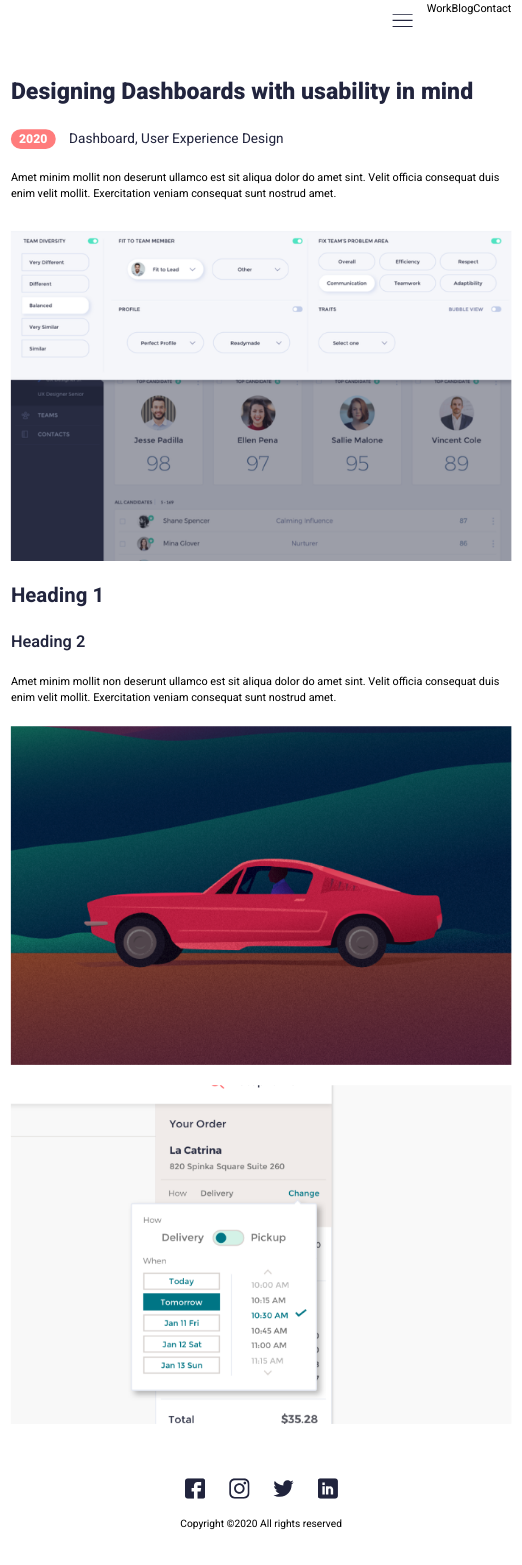
Repository: sharma171/portfolio
Page: /detailed
An editor plug-in stored every save of this project. The page is shown before and after the next save, followed by the edit.
The browser window is 768 px wide. The pictures show the whole page, at 68% of full size.
The project was rebuilt for these pictures with package versions that can differ from the ones it lists, and the page was loaded fresh each time. The framework's server and built-in components were replaced by stand-ins that run in the browser. Also part of the build but not shown: next.config.mjs.

Above is the page before, as saved 2024-06-02 22:35:37.

### src/app/layout.js

import "./globals.css";


export const metadata = {
  title: "Portfolio Website",
  description: "Blogging and projects site",
};

export default function RootLayout({ children }) {
  return (
    <html lang="en">
      <body>{children}</body>
    </html>
  );
}

### src/app/detailed/layout.jsx


export const metadata = {
    title: "Portfolio Website",
    description: "Blogging and projects site",
};

export default function RootLayout({ children}) {
    return (
        <html lang="en">
            <body>
                {children}
            </body>
        </html>
    );
}

### src/app/detailed/page.jsx
import React from "react";
import "../../app/globals.css";
import Image from "next/image";
import "../page.css"
import Header from "../../components/Header"
import Footer from "../../components/Footer"
import Featured1 from "../../../public/work/detailedOne.png";
import Featured2 from "../../../public/work/detailedTwo.png";
import Featured3 from "../../../public/work/detailedThree.png";

export default function DetailPage() {
    return (
        <>
        <Header />
        <section className="detailed">
            <div className="container">
                <div className="detailed-inner">
                    <h1 className="main-heading">
                    Designing Dashboards with usability in mind
                    </h1>
                    <div className="det-row">
                        <span className="date">2020</span>
                        <span className="topic">Dashboard, User Experience Design</span>
                    </div>
                    <h2 className="subheading">
                        Amet minim mollit non deserunt ullamco est sit aliqua dolor do amet sint. Velit officia consequat duis enim velit mollit. Exercitation veniam consequat sunt nostrud amet.
                    </h2>
                    <Image src={Featured1} alt="featured" className="full-w-thumb" />
                    <h1>Heading 1</h1>
                    <h2>Heading 2</h2>
                    <p className="subheading">
                        Amet minim mollit non deserunt ullamco est sit aliqua dolor do amet sint. Velit officia consequat duis enim velit mollit. Exercitation veniam consequat sunt nostrud amet.
                    </p>
                    <Image src={Featured2} alt="featured" className="full-w-thumb" />
                    <Image src={Featured3} alt="featured" className="full-w-thumb" />
                </div>
            </div>
        </section>
        <Footer />
        </>
    );
}

### src/app/globals.css
@import url('https://fonts.googleapis.com/css2?family=Heebo:wght@100..900&display=swap');

:root {
  --max-width: 1180px;
  --border-radius: 12px;
  --font-mono: ui-monospace, Menlo, Monaco, "Cascadia Mono", "Segoe UI Mono",
    "Roboto Mono", "Oxygen Mono", "Ubuntu Monospace", "Source Code Pro",
    "Fira Mono", "Droid Sans Mono", "Courier New", monospace;
  --main-font: "Heebo", sans-serif;
  --weight--300: 300;
  --weight--400: 400;
  --weight--500: 500;
  --weight--600: 600;
  --weight--700: 700;
  --weight--800: 800;
  --weight--900: 900;
  --hero-button: #FF6464;
  --text-color: #21243D;
}

* {
  box-sizing: border-box;
  padding: 0;
  margin: 0;
}

html,
body {
  max-width: 100vw;
  overflow-x: hidden;
  font-family: var(--main-font);
}

a {
  color: inherit;
  text-decoration: none;
}
.container {
  max-width: var(--max-width);
  margin: 0 auto;
  padding: 0 1rem;
}
header {
  background: #fff;
}
header .header-logo {
  width: 1rem;
  height: auto;
}
.nav {
  display: flex;
  flex-direction: row;
  justify-content:space-between;
  max-width: 1280px;
  margin: 0 auto;
  padding: 0 1rem;
}
.navMenu {
  display: flex;
  flex-direction: row;
  align-items: center;
}
.navMenu .navLink {
  font-size: 1.25rem;
  font-weight: var(--weight--600);
  color: var(--primary-color);
  margin: 30px;
}
/* ------------------------ Footer ---------------------------------------- */
footer {
  background: #fff;
  padding: 50px 0;
}

footer .footer-inner {
  display: flex;
  flex-direction: column;
  justify-content: center;
  align-items: center;
  gap: 18px;
}
footer .social-row {
  display: flex;
  flex-direction: row;
  justify-content: space-between;
  align-items: center;
  gap: 35px;
}
footer .social-row .social .social-img {
  width: 30px;
  image: 30px;
}
footer .footer-inner .copyright {
  font-size: 15px;
}
.mob-menu {
  display: none;
}
@media (max-width: 991px) {
  .navMenu {
    display: none;
  }
  .mob-menu {
    display: flex;
  }
  .mob-menu .hambmenu {
    margin: 20px;
  }
}

### src/app/page.css
.main {
  display: flex;
  flex-direction: column;
  min-height: 100vh;
}
/* ----------------- hero section ----------------- */
.hero .hero-row {
  display: flex;
  flex-direction: row;
}
.hero .hero-lhs {
  width: 70%;
}
.hero .hero-lhs .hero-cta {
  display: flex;
  flex-direction: column;
  gap: 40px;
  margin-top: 140px;
  margin-bottom: 70px;
}
.hero .hero-lhs .hero-cta .main-head {
  font-size: 44px;
  line-height: 3.75rem;
  font-weight: 700;
}
.hero .hero-lhs .hero-cta .sub-head {
  font-size: 16px;
  line-height: 1.5rem;
  font-weight: 400;
  max-width: 500px;
}
.hero .hero-lhs .hero-cta .cta-button {
  padding: 14px 20px;
  font-size: 1.15rem;
  line-height: 19px;
  font-weight: 500;
  font-family: "Heebo", sans-serif;
  margin-right: auto;
  background: var(--hero-button);
  color: #fff;
  border: none;
}
.hero .hero-rhs {
  width: 30%;
  display: flex;
  justify-content: flex-start;
  align-items: center;
}
.hero .hero-rhs .hero-img {
  position: relative;
}
.hero .hero-rhs .hero-img .image {
  width: 283px;
  height: 283px;
  z-index: 1;

}
.hero .hero-rhs .hero-img::after {
  content: "";
  position: absolute;
  top: 13px;
  left: -5px;
  width: 283px;
  height: 283px;
  background: #EDF7FA;
  z-index: -1;
  border-radius: 300px;
}

/* -------------------------  Home Blog Section --------------------------------------- */

.home-blog {
  background: #EDF7FA;
}
.home-blog .blog-head {
  display: flex;
  flex-direction: row;
  justify-content: space-between;
  align-items: center;
  margin-top: 7px;
}
.home-blog .blog-head .heading {
  font-size: 22px;
  line-height: 60px;
  font-weight: 400;
  color: var(--text-color);
}
.home-blog .blog-head .more-link {
  font-size: 16px;
  font-weight: 400;
  color: #00A8CC;
}

/* ----------------------- Blog Carousel ----------------------------------------- */
.blog-carousel .blog-image {
  display: none;
}
.blog-carousel {
  display: flex;
  flex-direction:row;
  overflow: hidden;
  max-width: 100%;
  padding-bottom: 32px;
}
.blog-carousel .blog-item {
  background-color: #fff;
  box-shadow: #bbe1fa3d 0 4px 10px 0;
  padding: 25px;
  display: flex;
  flex-direction: column;
  gap: 25px;
}
.blog-carousel .blog-item:nth-child(odd){
  margin-right: 10px;
}
.blog-carousel .blog-item:nth-child(even) {
  margin-left: 10px;
}
.blog-carousel .blog-item .blog-item-head {
  /* margin-bottom: 17px; */
}
.blog-carousel .blog-item .blog-item-head .head {
  font-size: 32px;
  line-height: 1.3em;
  font-weight: 700;
  color: var(--text-color);
}
.blog-carousel .blog-info {
  display: flex;
  flex-direction: row;
  gap: 25px;
  /* margin-bottom: 11px; */
}
.blog-carousel .blog-info .divline {
  width: 1px;
  height: 15.799999999999958px;
  margin-top: 4px;
  background: var(--text-color);
}
.blog-carousel .blog-info .date {
  font-size: 18px;
  line-height: 26px;
  color: var(--text-color);
  font-weight: 400;
}
.blog-carousel .blog-info .author {
  font-size: 18px;
  line-height: 26px;
  color: var(--text-color);
  font-weight: 400;
}
.blog-carousel .blog-info .blog-para .para{
  font-size: 16px;
  line-height: 24px;
  color: var(--text-color);
  font-weight: 400;
}

/* ---------------------------- Featured Works -------------------------------------------------------------------- */

.featured-home {
  background: #fff;
}
.featured-home .top-heading {
  display: flex;
  flex-direction: row;
  justify-content: space-between;
  align-items: center;
  margin-top: 17px;
  margin-bottom: 22px;
}
.featured-home .top-heading .head {
  font-size: 22px;
  color: var(--text-color);
  line-height: 60px;
  font-weight: 500;
}
.workcards {
  display: flex;
  flex-direction: column;
  gap: 40px;
  padding-bottom: 80px;
}
.workcards .card-item {
  display: flex;
  flex-direction: row;
  position: relative;
}
.workcards .card-item::after{
  content: "";
  position: absolute;
  top: calc(100% + 20px);
  left: 0;
  width: 100%;
  height: 1px;
  background: #E0E0E0;
}
.workcards .card-item .card-thumb {
  width: 250px;
  height: 180px;
  margin-right: 18px;
}
.workcards .card-item .card-thumb .thumb-img {
  width: 250px;
  height: 180px;
  object-fit: cover;
  border-radius:6px;
}
.workcards .card-item .card-info {
  display: flex;
  flex-direction: column;
  margin-left: 18px;
  gap: 24px;
}
.workcards .card-item .card-info .heading {
  font-size: 32px;
  font-weight: 800;
  line-height: 30px;
  color: var(--text-color);
}
.workcards .card-item .card-info .info-row {
  display: flex;
  flex-direction: row;
  gap: 25px;
}
.workcards .card-item .card-info .info-row .date {
  font-size: 18px;
  line-height: 17px;
  font-weight: 900;
  padding: 6px 10px 5px 10px;
  border-radius: 16px;
  color: #fff;
  background: #142850;
}
.workcards .card-item .card-info .info-row .topic {
  font-size: 20px;
  color: #8695A4;
}
.workcards .card-item .card-info .info-para {
  font-size: 18px;
  line-height: 24px;
  color: #21243D;
  font-weight: 400;
  width: 90%;
}
/* ------------------------------ Category Pages -------------- */
.work-category .container {
  max-width: 900px;
}
.blog-category .container {
  max-width: 900px;
}
.cat-head {
  padding-top: 80px;
  padding-bottom: 25px;
}
.cat-head h3 {
  font-size: 44px;
  line-height: 60px;
  font-weight: 700;
}
.blog-cards {
  display: flex;
  flex-direction: column;
  gap: 60px;
  padding-bottom: 80px;
}
.blog-cards .card-item {
  display: flex;
  flex-direction: column;
  gap: 10px;
  position: relative;
}
.blog-cards .card-item::after {
  content: "";
  position: absolute;
  top: calc(100% + 30px);
  left: 0;
  width: 100%;
  height: 1px;
  background: #E0E0E0;
}
.blog-cards .card-item .info-row .width-div {
  width: 1px;
  height: 15.799999999999958px;
  margin-top: 4px;
  background: var(--text-color);
}
.blog-cards .card-item .heading {
  font-size: 30px;
  font-weight: 600;
  line-height: 44px;
  color: var(--text-color);
}
.blog-cards .card-item .info-row {
  display: flex;
  flex-direction: row;
  gap: 20px;
}
.blog-cards .card-item .info-row .date {
  font-size: 20px;
  line-height: 29px;
  color: var(--text-color);
  font-weight: 400;
}
.blog-cards .card-item .info-row .topic {
  font-size: 20px;
  line-height: 29px;
  color: #8695A4;
  font-weight: 400;
}
.blog-cards .card-item .info-para {
  font-size: 16px;
  line-height: 24px;
  color: var(--text-color);
}
/* --------------------------- Detailed Page ------------------------------------------------------------- */
.detailed .container {
  max-width: 1000px;
}
.detailed .detailed-inner {
  display: flex;
  flex-direction: column;
  gap: 30px;
  padding-top: 50px;
  padding-bottom: 30px;
}
.detailed .detailed-inner h1.main-heading {
  font-size: 34px;
  line-height: 50px;
  font-weight: 800;
  color: var(--text-color);
}
.detailed .detailed-inner .det-row {
  display: flex;
  flex-direction: row;
  gap: 20px;
}
.detailed .detailed-inner .det-row .date {
  font-size: 18px;
  font-weight: 800;
  padding: 7px 12px 4px 12px;
  color: #fff;
  line-height: 17px;
  background: #FF7C7C;
  border-radius: 50px;
}
.detailed .detailed-inner .det-row .topic {
  font-size: 20px;
  line-height: 29px;
  font-weight: 400;
  color: var(--text-color);
}
.detailed .detailed-inner h2.subheading {
  font-size: 16px;
  line-height: 24px;
  color: #000;
  font-weight: 400;
}
.detailed .detailed-inner .full-w-thumb {
  width: 100%;
  height:auto;
  aspect-ratio: 680/460;
  object-fit: cover;
}
.detailed .detailed-inner h1 {
  font-size:30px;
  line-height: 45px;
  color: var(--text-color);
  font-weight: 700;
}
.detailed .detailed-inner h2 {
  font-size: 24;
  line-height: 30px;
  color: var(--text-color);
  font-weight: 600;
}

### src/components/Header.jsx
import React from "react";
import "../app/globals.css";
import Hambmenu from "../../public/hamb-menu.svg"
import Image from "next/image";

const navLink = [
    {
        name: "Work",
        link: "/"
    },
    {
        name: "Blog",
        link: "/blog"
    },
    {
        name: "Contact",
        link: "/contact"
    },
]

const Header = () => {
    return(
        <header>
            <nav className="nav">
                <a href="/">

                </a>
                <div className="navMenu">
                    {navLink.map((item, index) => (
                        <a href={item.link} className="navLink" key={index}>{item.name}</a>
                    ))}
                </div>
                <div className="mob-menu">
                    <Image src={Hambmenu} alt="hambmenu" className="hambmenu" />
                    <div className="mob-list">
                        {navLink.map((item, index) => (
                            <a href={item.link} className="moblink" key={index}>{item.name}</a>
                        ))}
                    </div>
                </div>
            </nav>
        </header>
    )
}

export default Header;

### src/components/Footer.jsx
import React from "react";

import Image from "next/image"

import FacebookIcon from "../../public/social/facebook.svg"
import InstagramIcon from "../../public/social/instagram.svg"
import TwitterIcon from "../../public/social/twitter.svg"
import LinkedinIcon from "../../public/social/Linkedin.svg"

const Footer = () => {
    return(
        <>
        <footer>
            <div className="container">
                <div className="footer-inner">
                    <div className="social-row">
                        <a href="" className="social">
                            <Image src={FacebookIcon} alt="icon" className="social-img" />
                        </a>
                        <a href="" className="social">
                            <Image src={InstagramIcon} alt="icon" className="social-img" />
                        </a>
                        <a href="" className="social">
                            <Image src={TwitterIcon} alt="icon" className="social-img" />
                        </a>
                        <a href="" className="social">
                            <Image src={LinkedinIcon} alt="icon" className="social-img" />
                        </a>
                    </div>
                    <span className="copyright">
                        Copyright ©2020 All rights reserved
                    </span>
                </div>
            </div>
        </footer>
        </>
    )
};
export default Footer;

After the next save:
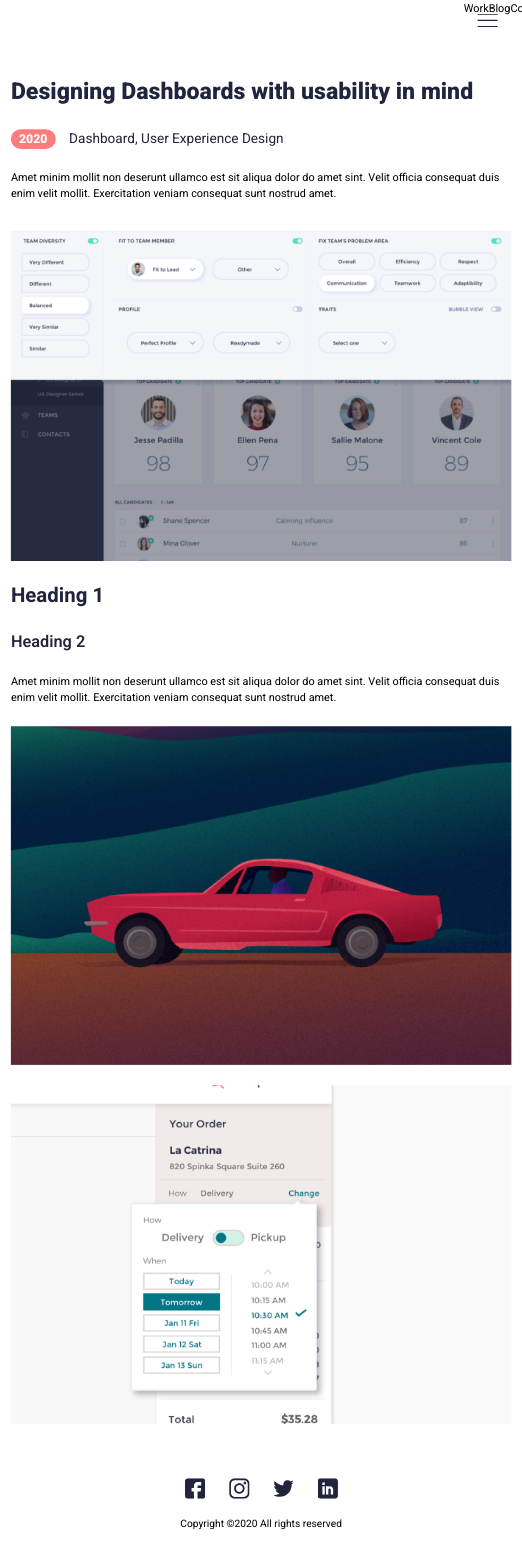
Saved 2 min 43 s later.
--- a/src/app/globals.css
+++ b/src/app/globals.css
@@ -106,4 +106,7 @@ footer .footer-inner .copyright {
   .mob-menu .hambmenu {
     margin: 20px;
   }
+  .mob-menu .mob-list {
+    position: fixed;
+  }
 }
